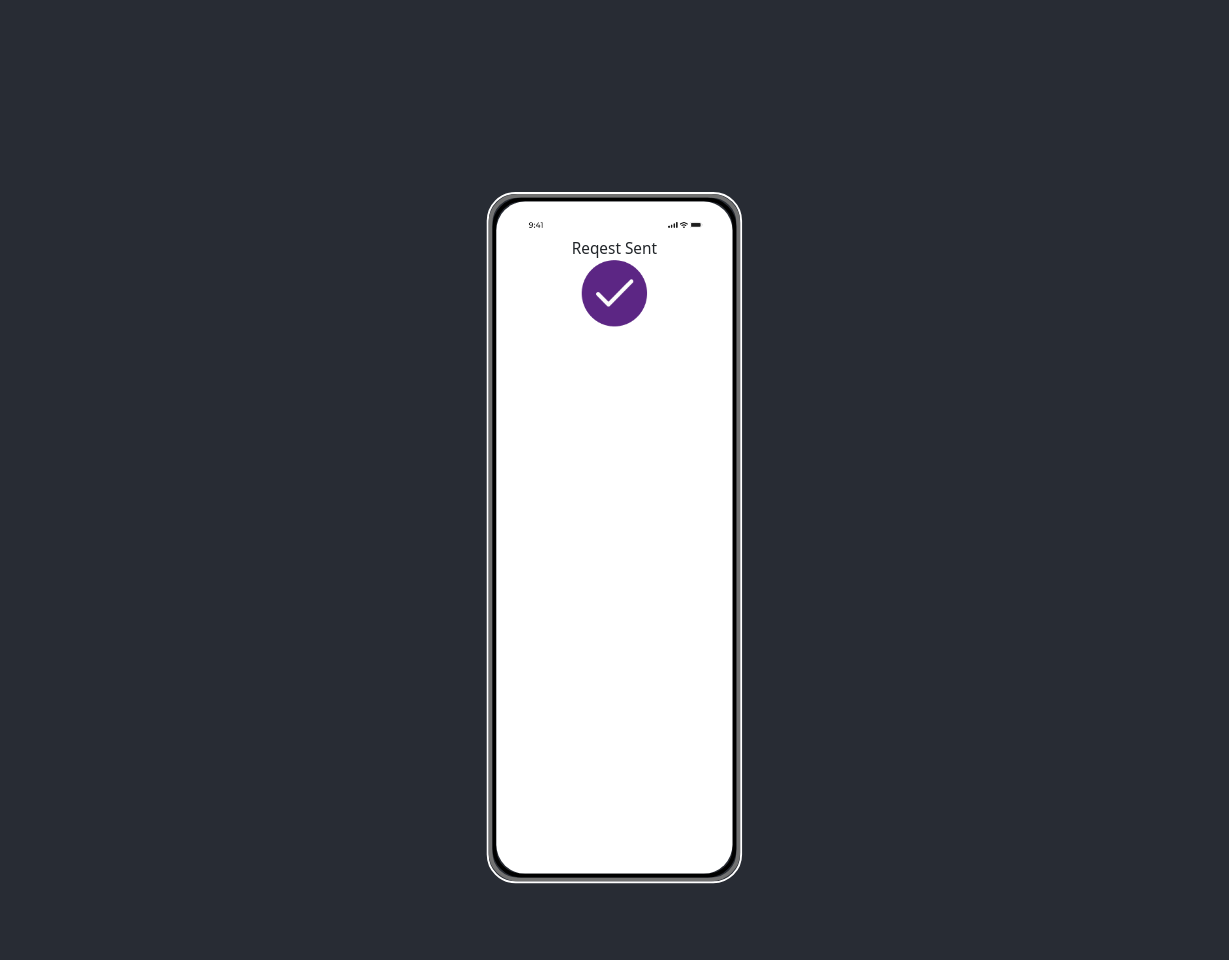
Repository: sarahnnanyelugo/fcmb-hackathon
Page: /success-page
An editor plug-in stored every save of this project. The page is shown before and after the next save, followed by the edit.
The browser window is 1280 px wide. The pictures show the whole page, at 96% of full size.
The project was rebuilt for these pictures with package versions that can differ from the ones it lists, and the page was loaded fresh each time. Also part of the build but not shown: src/Pages/Home.js, src/components/components.scss, src/components/AccList.js, src/TestData.js/AccList.js, src/components/Beneficiaries.js, src/components/VerificationCodeInput/code-input.scss, src/components/VerificationCodeInput/VerifyCode.js, src/components/Loader.js and 2 more.

Above is the page before, as saved 2023-10-29 11:48:41.

### src/App.js
import "bootstrap/dist/css/bootstrap.min.css";
import { BrowserRouter, Routes, Route, Link, Outlet } from "react-router-dom";
import Home from "./Pages/Home";
import LoanInterface from "./Pages/LoanInterface";
import "./App.scss";
import { SuccessPage } from "./Pages/SuccessPage";
function App() {
  return (
    <>
      <Routes>
        <Route path="/" element={<Home />} />
        <Route path="loan-interface" element={<LoanInterface />} />
        <Route path="success-page" element={<SuccessPage />} />
      </Routes>
    </>
  );
}
export default App;

### src/App.scss
@font-face {
  font-family: montB;
  src: url(./assets/fonts/mont/MontserratAlternates-Medium.otf);
}
@font-face {
  font-family: montBB;
  src: url(./assets/fonts/mont/MontserratAlternates-Bold.otf);
}
@font-face {
  font-family: montR;
  src: url(./assets/fonts/mont/MontserratAlternates-Regular.otf);
}

h1,
h2,
h3,
h4,
h5,
h6 {
  font-family: montB;
}
p,
small,
button,
a,
li {
  font-family: montR;
}
p {
  font-size: 12px;
}

### src/Pages/SuccessPage.js
import React from "react";
import Top from "../assets/images/top.png";
import Tick from "../assets/images/tick.png";

import "./style.scss";
export const SuccessPage = () => {
  return (
    <>
      <div className="app-header">
        <center>
          <div className="col-md-3">
            <center>
              <div className="col-md-10 app">
                <div className="app-inner">
                  <div className="app-inner2">
                    <div className="app-face">
                      {" "}
                      <img src={Top} alt="icon" width="100%" />{" "}
                      <center>Reqest Sent</center>
                      <div className="col-md-12 success-div">
                        <center>
                          <div className="col-md-4">
                            {" "}
                            <img src={Tick} alt="icon" width="100%" />
                          </div>
                        </center>
                      </div>
                    </div>
                  </div>
                </div>
              </div>
            </center>
          </div>
        </center>
      </div>
    </>
  );
};

### src/Pages/style.scss
.app-header {
  background-color: #282c34;
  height: 1000px;
  padding-top: 200px;
  width: 100%;
}

.app {
  border: solid 2px #fff;
  height: 720px;
  border-radius: 30px;
}
.app-inner {
  border: solid 4px #717171;
  height: 100%;
  border-radius: 30px;
}
.app-inner2 {
  border: solid 4px #000;
  height: 100%;
  border-radius: 30px;
}
.app-face {
  background: #fff;
  height: 100%;
  border-radius: 30px;
  padding: 10px 20px 0px 20px;
  a {
    color: #5c2684;
    text-decoration: none;
    font-size: 12px;
    font-weight: bold;
  }
}
.flexy {
  display: flex;
}
.flexy1 {
  flex-grow: 1;
}
.balance {
  h5 {
    color: #5c2684;
    margin-bottom: 30px;
  }
  small {
    font-size: 10px;
  }
  img {
    margin-top: -10px;
  }
}
.access {
  margin-top: 50px;
  h6 {
    font-size: 12px;
    margin-top: 5px;
  }
  a {
    color: #000;
  }
}
.access2 {
  margin-top: 20px;
  margin-bottom: 20px;
  h6 {
    font-size: 12px;
    margin-top: 5px;
  }
  a {
    color: #000;
  }
}
.transactions {
  margin-top: 20px;
  h6 {
    font-size: 11px;
    margin-bottom: 0 !important;
    margin-top: 10px;
  }
  a {
    font-size: 10px;
    color: grey;
    text-decoration: none;
    margin-top: 0;
  }
}
.footer {
  border-top: solid 1px rgb(202, 201, 201);
  padding-top: 15px;
  margin-top: 10px;
  h6 {
    font-size: 11px;
  }
}
.dash {
  border-radius: 10px;
  border: solid 2px black;
  height: 2px;
}
.amount {
  margin-top: 30px;
  h6 {
    font-size: 11px;
  }
  input {
    padding: 5px 20px;
    width: 100%;
    font-weight: bold;
    color: #000 !important;
  }
}
.duration {
  margin-top: 30px;
  h6 {
    font-size: 11px;
  }
  p {
    font-size: 11px;
    color: grey;
    text-align: left;
    span {
      font-weight: bold;
    }
  }
  button {
    border: none;
    padding: 10px 0px;
    font-size: 12px;
    width: 100%;
    background: #fff;
    border-top: solid 1px grey;
    border-bottom: solid 1px grey;
  }
  #btn1 {
    border-top-left-radius: 10px;
    border-bottom-left-radius: 10px;
    border-left: solid 1px grey;
  }
  #btn4 {
    border-top-right-radius: 10px;
    border-bottom-right-radius: 10px;
  }
  #btn4,
  #btn1,
  #btn2,
  #btn3 {
    border-right: solid 1px grey;
  }
}
.curr-active {
  background: #5c2684 !important;
  color: #fff !important;
}
.remark {
  margin-top: 40px;
  h6 {
    font-size: 11px;
  }
  small {
    font-size: 10px;
    color: grey;
  }
  textarea {
    height: 80px;
    font-size: 8px;
  }
}

Loaded but not shown: public/index.html (common file); src/index.js (common file); src/index.css (common file); src/reportWebVitals.js (common file)

After the next save:
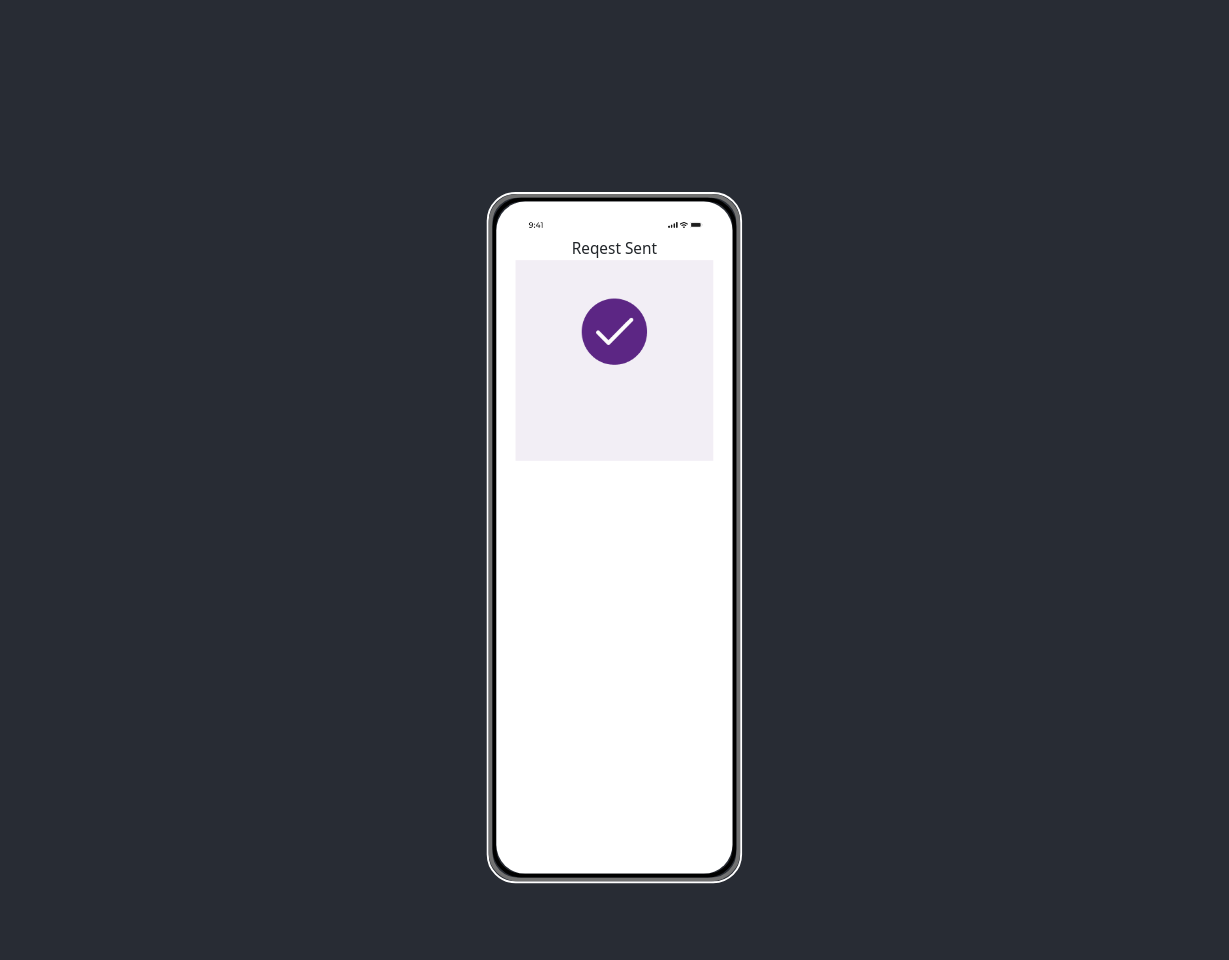
Saved 70 s later.
--- a/src/Pages/style.scss
+++ b/src/Pages/style.scss
@@ -166,3 +166,8 @@
     font-size: 8px;
   }
 }
+.success-div {
+  background: #f2eef5;
+  padding-top: 40px;
+  padding-bottom: 100px;
+}
